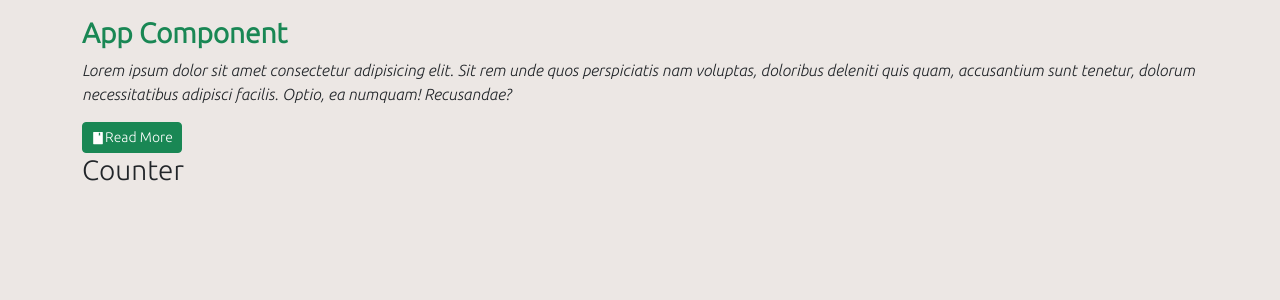
Repository: OmniaRafat232111121/employee_List
Page: /
The author's editor kept a copy of each file at every save. The page is drawn from the files as they stood at one save, then again after a run of saves.
The browser window is 1280 px wide. The pictures show the whole page.
The project was rebuilt for these pictures with package versions that can differ from the ones it lists, and the page was loaded fresh each time.

Above is the page before, as saved 2022-09-09 12:37:37.

### public/index.html
<!DOCTYPE html>
<html lang="en">
  <head>
    <meta charset="utf-8" />
    <link rel="icon" href="%PUBLIC_URL%/favicon.ico" />
    <meta name="viewport" content="width=device-width, initial-scale=1" />
    <meta name="theme-color" content="#000000" />
    <meta
      name="description"
      content="Web site created using create-react-app"
    />
    <link rel="stylesheet" href="https://cdnjs.cloudflare.com/ajax/libs/font-awesome/4.7.0/css/font-awesome.css" integrity="sha512-5A8nwdMOWrSz20fDsjczgUidUBR8liPYU+WymTZP1lmY9G6Oc7HlZv156XqnsgNUzTyMefFTcsFH/tnJE/+xBg==" crossorigin="anonymous" referrerpolicy="no-referrer" />
    <link rel="manifest" href="%PUBLIC_URL%/manifest.json" />
    <title>React App</title>
  </head>
  <body>
    <noscript>You need to enable JavaScript to run this app.</noscript>
    <div id="root"></div>

  </body>
</html>

    <link rel="apple-touch-icon" href="%PUBLIC_URL%/logo192.png" />

    <link rel="manifest" href="%PUBLIC_URL%/manifest.json" />

    <title>React App</title>
  </head>
  <body>
    <noscript>You need to enable JavaScript to run this app.</noscript>
    <div id="root"></div>
  </body>
</html>

### src/index.tsx
import React from 'react';
import ReactDOM from 'react-dom/client';
import './index.css';
import App from './App';
import reportWebVitals from './reportWebVitals';

/*Bootstrap*/
import "../node_modules/bootstrap/dist/css/bootstrap.css"
import "../node_modules/bootstrap/dist/js/bootstrap.bundle"
const root = ReactDOM.createRoot(
  document.getElementById('root') as HTMLElement
);
root.render(
  <React.StrictMode>
    <App />
  </React.StrictMode>
);

// If you want to start measuring performance in your app, pass a function
// to log results (for example: reportWebVitals(console.log))
// or send to an analytics endpoint. Learn more: https://bit.ly/CRA-vitals
reportWebVitals();

### src/index.css
@import url('https://fonts.googleapis.com/css2?family=Be+Vietnam+Pro:wght@100&family=Montserrat:wght@400;700&family=Ubuntu:ital,wght@0,300;1,300&display=swap');
body {
  margin: 0;
  font-family: 'Ubuntu', sans-serif !important;
  background-color: #ece7e4 !important;
}

### src/App.tsx
import React from 'react';
import {AiFillBook} from 'react-icons/ai'
import Counter from './components/Counter';
function App() {

  return (
    <div className="App">
     <React.Fragment>
      <div className="container mt-3">
        <div className="grid">
          <div className="row">
            <div className="col">
              <p className='h3 fw-bold text-success'>App Component</p>
              <p className="fst-italic">Lorem ipsum dolor sit amet consectetur adipisicing elit. Sit rem unde quos perspiciatis nam voluptas, doloribus deleniti quis quam, accusantium sunt tenetur, dolorum necessitatibus adipisci facilis. Optio, ea numquam! Recusandae?</p>
              <button className='btn btn-success btn-sm'>
             < AiFillBook className='' />Read More</button>
            </div>
          </div>
          <div className="row">
            <div className="col">
             <Counter/>

            </div>
          </div>



        </div>
      </div>

     </React.Fragment>
    </div>
  );
}

export default App;

### src/components/Counter.tsx
import * as React from 'react';

interface ICounterProps {

}
interface ICounterState {

}
const Counter: React.FC<ICounterProps> = (props) => {
  return (
   <React.Fragment>
    <h3>Counter</h3>
   </React.Fragment>
  );
};

export default Counter;

Loaded but not shown: src/reportWebVitals.ts (common file)

After the next 43 saves:
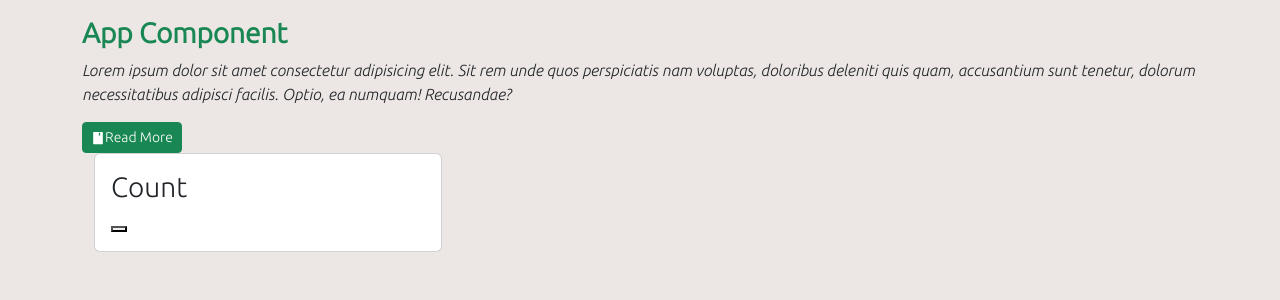
The 43 saves are shown as one change because they came seconds apart.
The last was saved 2 min 43 s later.
--- a/src/components/Counter.tsx
+++ b/src/components/Counter.tsx
@@ -9,7 +9,18 @@ interface ICounterState {
 const Counter: React.FC<ICounterProps> = (props) => {
   return (
    <React.Fragment>
-    <h3>Counter</h3>
+     <div className="container">
+        <div className="row">
+            <div className="col-md-4">
+                <div className="card">
+                    <div className="card-body">
+                        <p className="h3">Count</p>
+                       <button></button>
+                      </div>
+                </div>
+            </div>
+        </div>
+     </div>
    </React.Fragment>
   );
 };
